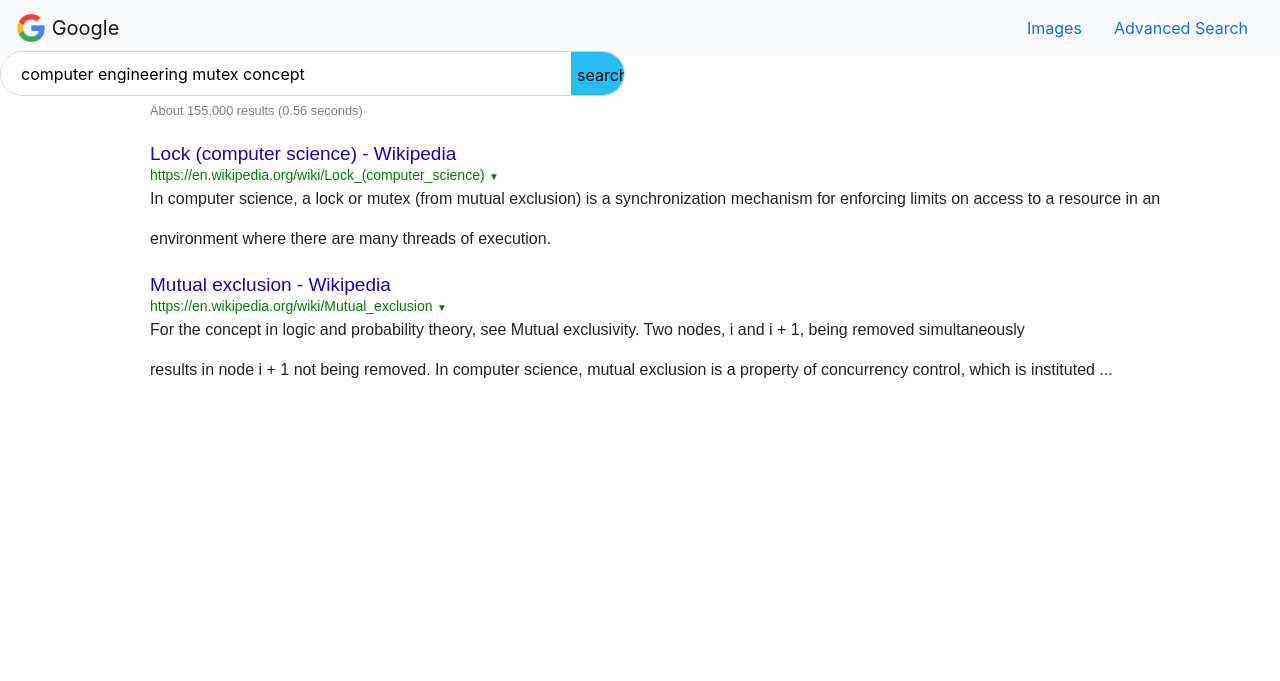
Repository: hego-team/hego-frontend
Page: /search
The author's editor kept a copy of each file at every save. The page is drawn from the files as they stood at one save, then again after a run of saves.
The browser window is 1280 px wide. The pictures show the whole page.
The project was rebuilt for these pictures with package versions that can differ from the ones it lists, and the page was loaded fresh each time.

Above is the page before, as saved 2022-05-15 02:15:58.

After the next 2 saves:
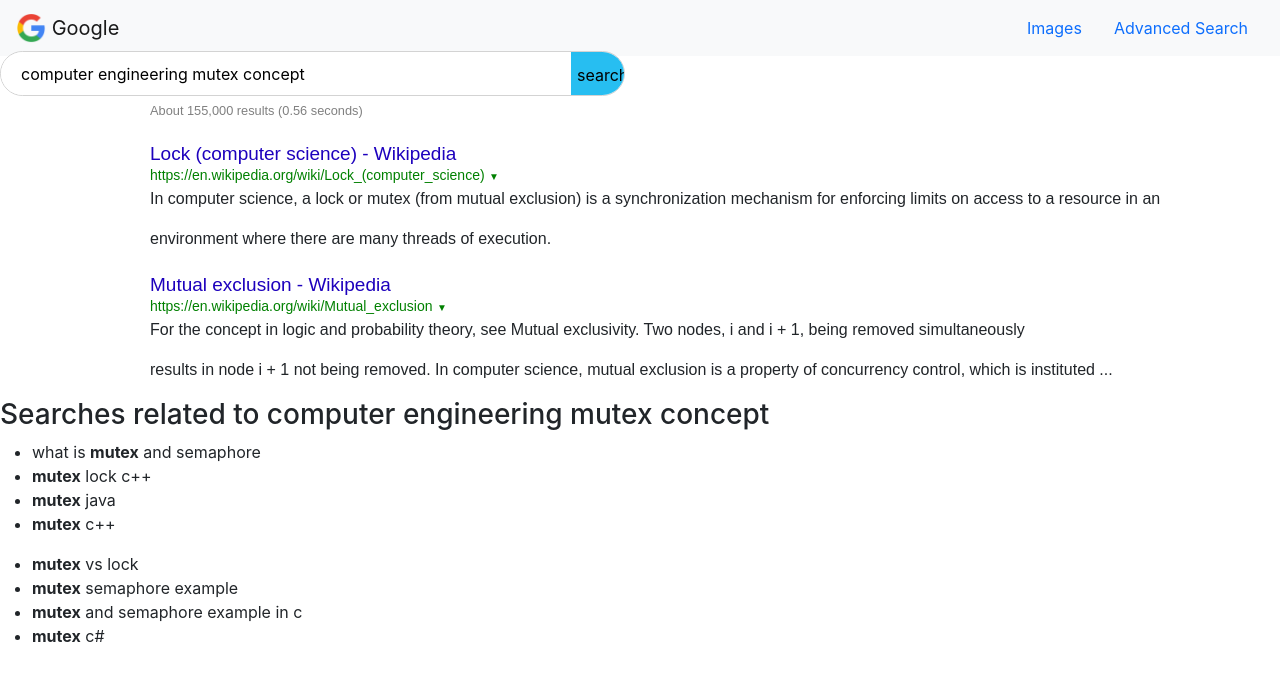
The 2 saves are shown as one change because they came seconds apart.
The last was saved 2 min 59 s later.
--- a/src/components/SearchResult.vue
+++ b/src/components/SearchResult.vue
@@ -23,6 +23,24 @@
             <p>results in node i + 1 not being removed. In computer science, mutual exclusion is a property of concurrency control, which is instituted ...</p>
         </div>
     </div>
+    <div class="relatedsearches">
+            <h3>Searches related to computer engineering mutex concept</h3>
+            <div class="relatedlists">
+                <ul class="relatedleft">
+                    <li>what is <b>mutex</b> and semaphore</li>
+                    <li><b>mutex</b> lock c++</li>
+                    <li><b>mutex</b> java</li>
+                    <li><b>mutex</b> c++</li>
+                </ul>
+                <ul class="relatedright">
+                    <li><b>mutex</b> vs lock</li>
+                    <li><b>mutex</b> semaphore example</li>
+                    <li><b>mutex</b> and semaphore example in c</li>
+                    <li><b>mutex</b> c#</li>
+                </ul>
+            </div>
+        </div>
+
   </div>
 </template>
 
